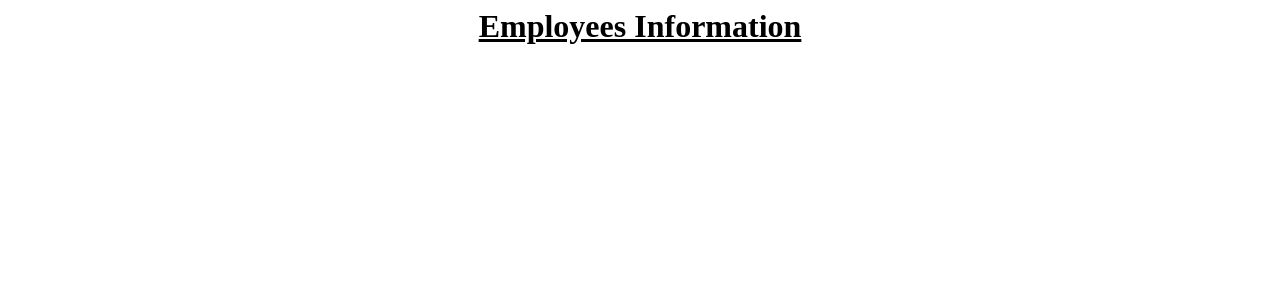
Repository: venugopalakrishnamylavarapu/Naresh-It-Full-Stack-java-Developer
Page: Advanced Java/Coding/JSP/src/main/webapp/emp.html
An editor plug-in stored every save of this project. The page is shown before and after the next save, followed by the edit.
The browser window is 1280 px wide. The pictures show the whole page.

Above is the page before, as saved 2023-03-16 12:49:49.

### Advanced Java/Coding/JSP/src/main/webapp/emp.html
<html>
<body>
<center>
<h1><u>Employees Information</u></h1>
<form action="empBean.jsp"></form>
</center>
</body>
</html>

After the next save:
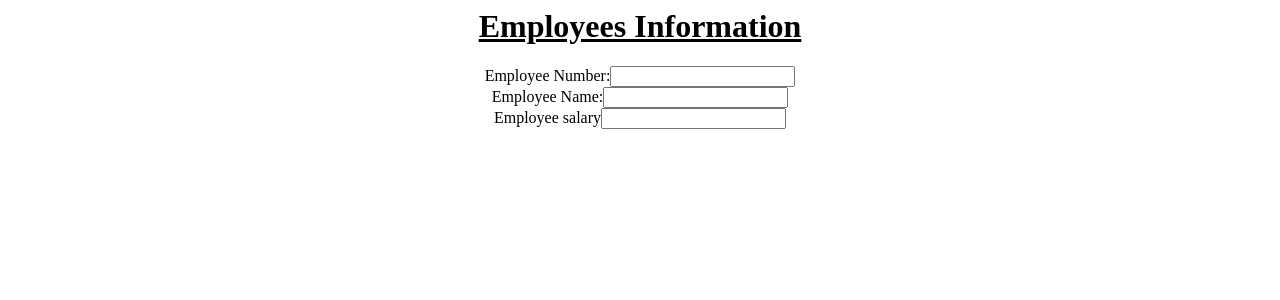
Saved 83 s later.
--- a/Advanced Java/Coding/JSP/src/main/webapp/emp.html
+++ b/Advanced Java/Coding/JSP/src/main/webapp/emp.html
@@ -2,7 +2,11 @@
 <body>
 <center>
 <h1><u>Employees Information</u></h1>
-<form action="empBean.jsp"></form>
+<form action="empBean.jsp">
+Employee Number:<input type=text name=empNo><br>
+Employee Name:<input type=text name=name><br>
+Employee salary<input type=text name=salary><br><br>
+</form>
 </center>
 </body>
 </html>
